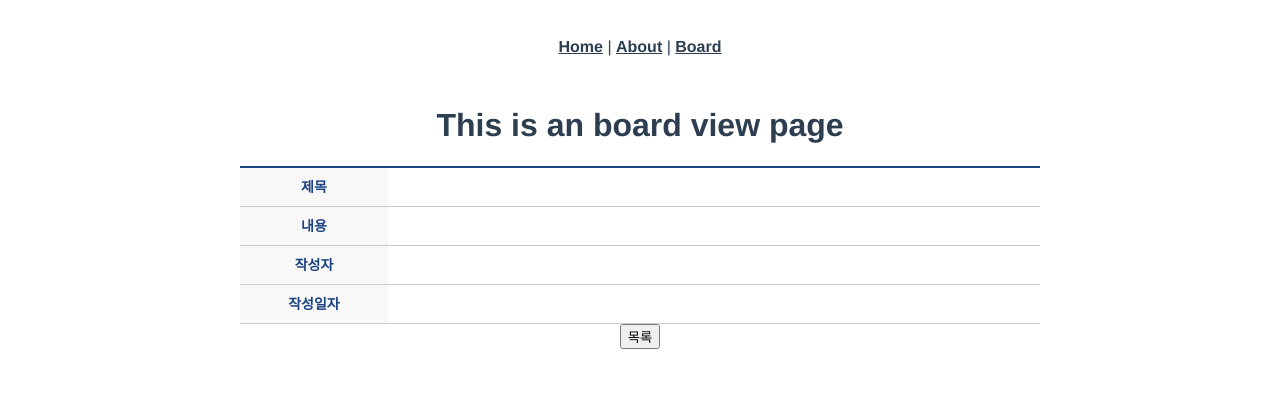
Repository: Nohyunjin/vuesomething
Page: /boardview (app in testvue/)
These files come from the project's save history. The page is drawn as it stood at one moment and after the next save; the edit follows.
The browser window is 1280 px wide. The pictures show the whole page.
The page's requests for data from a server got no answer. The project was rebuilt for these pictures with package versions that can differ from the ones it lists, and the page was loaded fresh each time. No one was signed in, and anything a server would have sent is missing. Also part of the build but not shown: testvue/vue.config.js, testvue/src/components/HelloWorld.vue, testvue/src/views/HomeView.vue.

Above is the page before, as saved 2022-05-03 11:04:18.

After the next save:
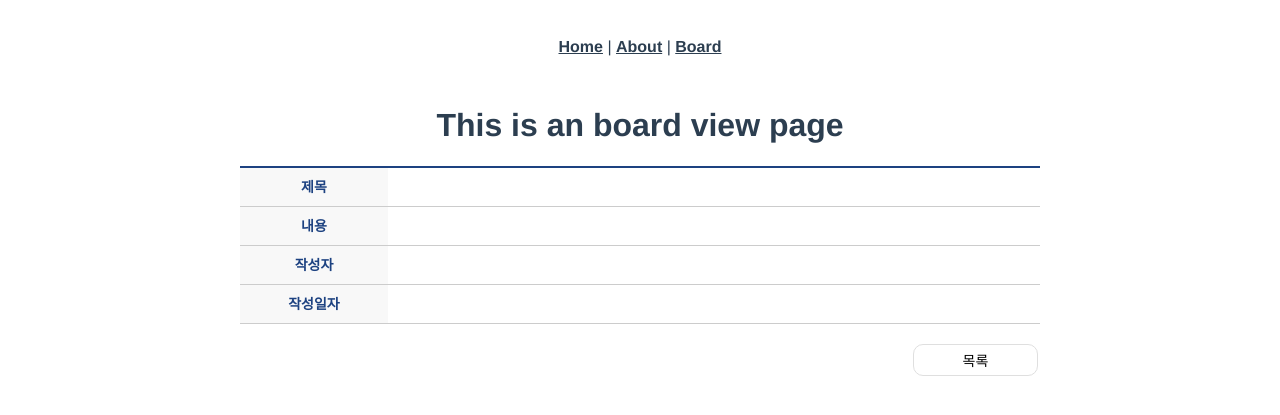
Saved 72 s later.
--- a/testvue/src/views/BoardView.vue
+++ b/testvue/src/views/BoardView.vue
@@ -88,4 +88,26 @@ export default {
 }
 .board table td.title {
   font-weight: bold; }
+.buttons {
+  position:relative;
+  height:32px;
+  margin-top:20px;
+  }
+.buttons > div.right {
+  position:absolute;
+  height:32px;
+  right:0;
+  }
+.buttons > div > button {
+  overflow:visible;
+  cursor:pointer;
+  min-width:125px;
+  height:32px;
+  margin:0 2px;
+  padding:0 15px;
+  line-height:32px;
+  font-size:14px;
+  border:1px solid #dfdfdf;
+  background:#fff;
+  border-radius:10px; }
 </style>
